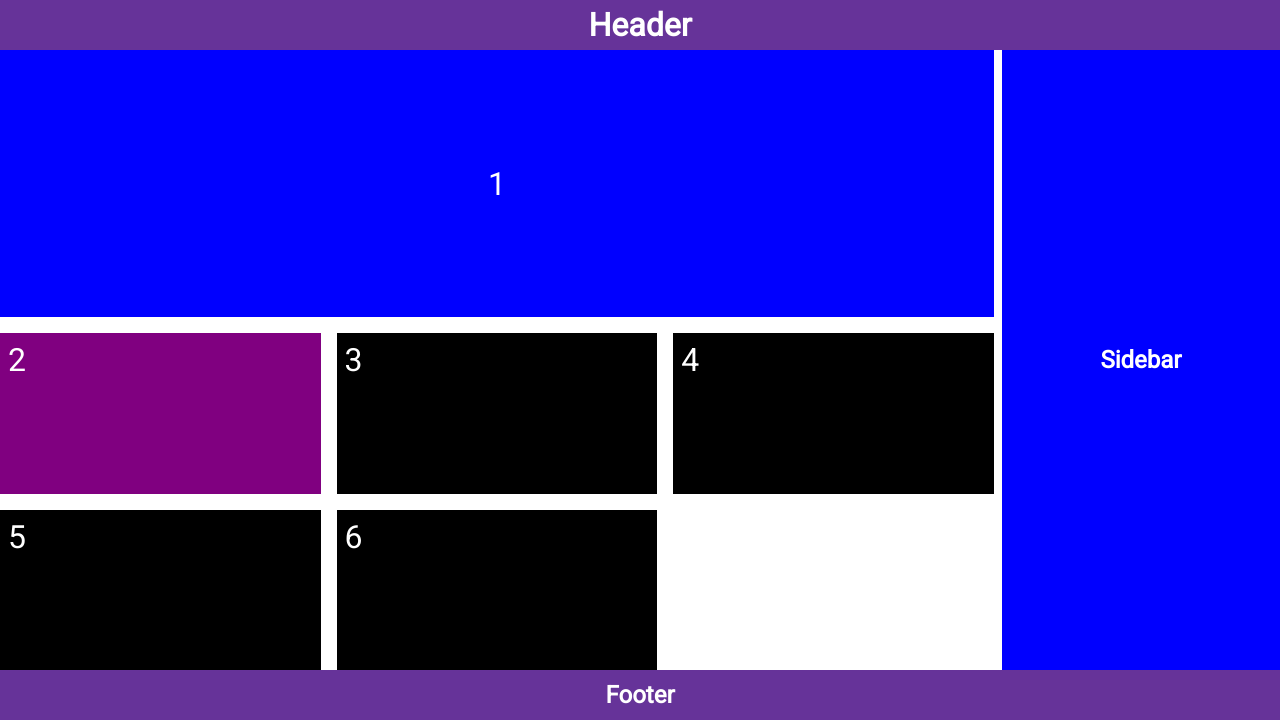
Repository: JavaProgrammerFromEastEurope/project-css-full-tutorial
Page: 15_lesson/index.html
An editor plug-in stored every save of this project. The page is shown before and after a run of saves, followed by the edit.
The browser window is 1280 px wide. The pictures show the whole page.

Above is the page before, as saved 2023-04-07 11:51:56.

After the next 2 saves:
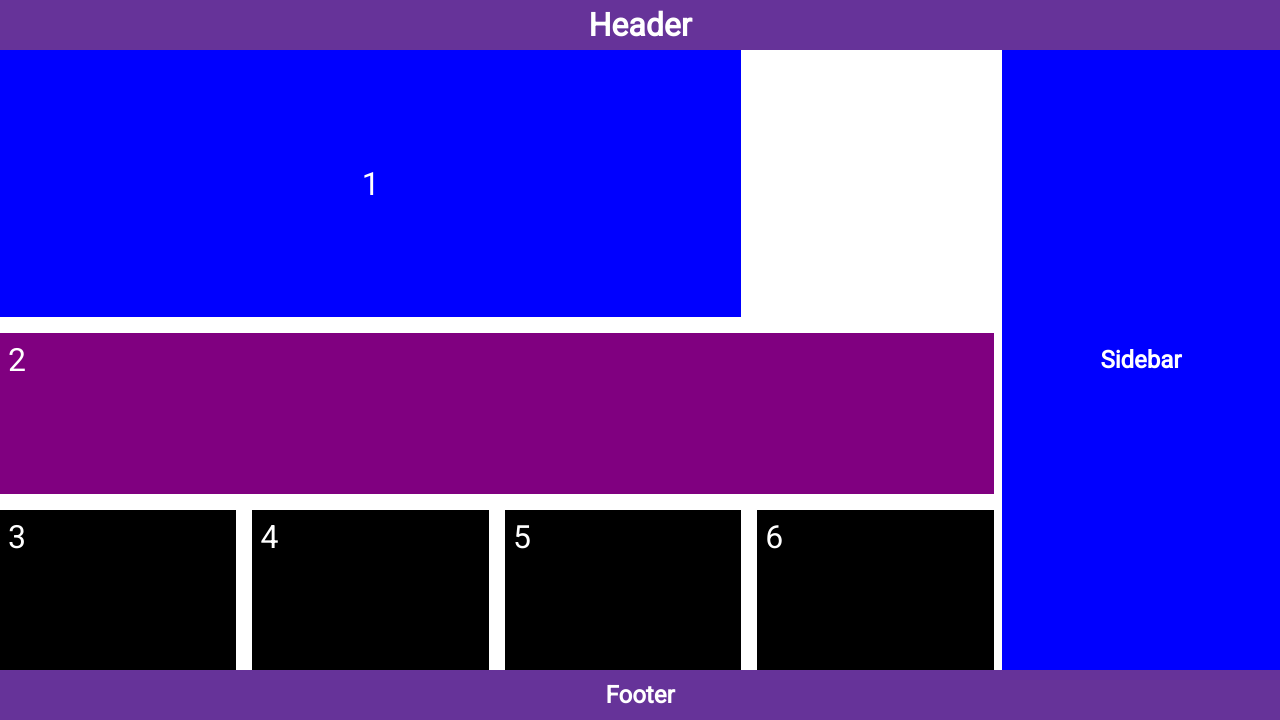
The 2 saves are shown as one change because they came seconds apart.
The last was saved 8 s later.
--- a/15_lesson/css/style.css
+++ b/15_lesson/css/style.css
@@ -67,5 +67,5 @@ body {
 
 .box:nth-child(2) {
 	background-color: purple;
-
+	grid-column: 1 / 5
 }
